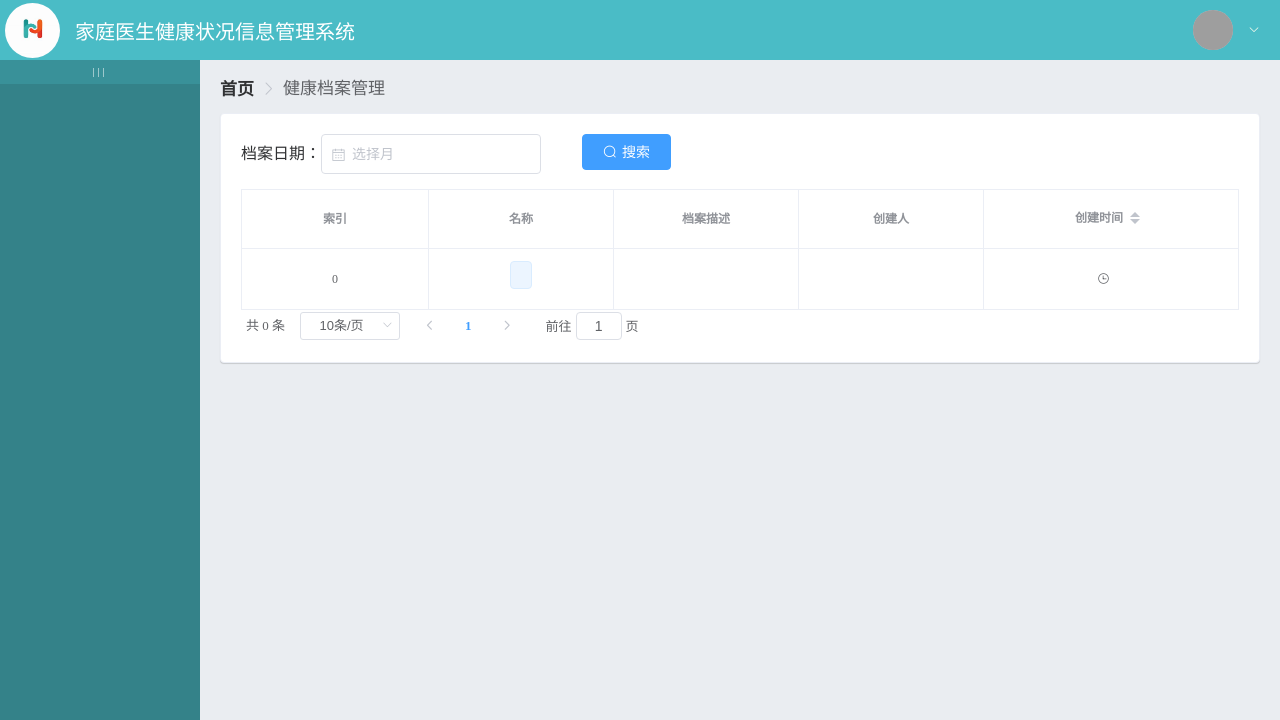
Repository: hyyBubbly/community-web-vue
Page: /#/files (app in community/)
An editor plug-in stored every save of this project. The page is shown before and after the next save, followed by the edit.
The browser window is 1280 px wide. The pictures show the whole page.
Pictures or frames that could not be fetched are drawn as grey boxes. The page's requests for data from a server got no answer. The project was rebuilt for these pictures with package versions that can differ from the ones it lists, and the page was loaded fresh each time. No one was signed in, and anything a server would have sent is missing. Also part of the build but not shown: community/vue.config.js, community/src/components/Login.vue, community/src/components/Welcome.vue, community/src/components/User/UserList.vue, community/src/components/admin/WorkerList.vue, community/src/components/community/CommunityList.vue, community/src/components/healthfiles/HealthyData.vue, community/src/components/User/OlderInfoList.vue and 13 more.

Above is the page before, as saved 2024-02-01 19:14:05.

### community/src/main.js
import Vue from 'vue'
import App from './App.vue'
import router from './router'
import './plugins/element.js'
import './assets/css/global.css'
import md5 from 'md5.js'
//引入iconfont
import './assets/font/iconfont.css'
// 导入axios
import axios from 'axios'
import moment from "moment"
import echarts from 'echarts'
Vue.prototype.$echarts = echarts
//时间转化
Vue.prototype.$moment = moment;
// 挂载axios 到Vue的原型prototype的$http
Vue.prototype.$http = axios
// 设置请求的根路径
axios.defaults.baseURL = "http://localhost:9001"
Vue.config.productionTip = false
//md5加密
Vue.prototype.$md5 = md5;



new Vue({
  router,
  render: h => h(App)
}).$mount('#app')

### community/src/App.vue
<template>
  <div id="app">
    <router-view></router-view>
  </div>
</template>
<script>
  // export default {
  //   name: 'App',
  //   provide(){
  //     return {
  //       reload: this.reload
  //     }
  //   },
  //   data(){
  //     return {
  //       isRouterAlive: true
  //     }
  //   },
  //   methods:{
  //     reload() {
  //       this.isRouterAlive = false;
  //       this.$nextTick(function (){
  //         this.isRouterAlive = true
  //       })
  //     }
  //   }
  // }
</script>
<style>

</style>

### community/src/router/index.js
import Vue from 'vue'
import VueRouter from 'vue-router'
import Login from '../components/Login.vue'
import Home from '../components/Home.vue'
import Welcome from "../components/Welcome.vue"
import UserList from "../components/User/UserList.vue"
import WorkerList from "@/components/admin/WorkerList"
import CommunityList from "@/components/community/CommunityList"
import HealthyData from "@/components/healthfiles/HealthyData"
import Healthiness from "@/components/healthfiles/Healthiness";
import OlderInfoList from "@/components/User/OlderInfoList";
import HealthyInfo from "@/components/healthfiles/HealthyInfo";
import Knowledge from "../components/knowledge/Knowledge.vue";
import ActiveList from "@/components/active/ActiveList";
import medical from "@/components/mutualAid/medical";
import Purchasing from "@/components/mutualAid/Purchasing";
import repast from "@/components/mutualAid/repast";
import Pharmacy from "@/components/mutualAid/Pharmacy/Pharmacy";
import PharmacyInfo from "@/components/mutualAid/Pharmacy/PharmacyInfo";
import Appointment from "@/components/mutualAid/Pharmacy/Appointment";
import ShoppingMall from "@/components/mutualAid/shoppingMall";
import foodBusiness from "@/components/mutualAid/Food/foodBusiness";
import Personal from "@/components/Personal";
Vue.use(VueRouter)

const routes = [
  {
    path:"/",
    redirect:'/login',
  },
  {
    path:"/login",
    component: Login,

  },
  {
    path:"/home",
    component:Home,
    redirect: "/welcome",
    children:[
      {
        path:"/welcome",
        component: Welcome,
      },
      {
        path:"/user",
        component: UserList,
      },
      {
        path:"/worker",
        component: WorkerList,
      },
      {
        path:"/older",
        component: OlderInfoList,
      },
      {
        path:"/community",
        component: CommunityList,
      },
      {
        path:"/healthyData",
        component: HealthyData,
      },
      {
        path:"/files",
        component: Healthiness,
      },
      {
        path:"/healthyInfo",
        component: HealthyInfo,
      },
	  {
        path:"/knowledge",
        component: Knowledge,
	  },
      {
        path:"/active",
        component: ActiveList,
      },
      {
        path:"/medicine",
        component: medical,
      },
      {
        path:"/shop",
        component: Purchasing,
      },
      {
        path:"/food",
        component: repast,
      },
      {
        path:"/pharmacy",
        component: Pharmacy,
      },
      {
        path:"/pharmacyInfo",
        component: PharmacyInfo,
      },
      {
        path:"/appointment",
        component: Appointment,
      },
      {
        path:"/shoppingMall",
        component: ShoppingMall,
      },
      {
        path: "/foodBusiness",
        component: foodBusiness,
      },
      {
        path:"/personal",
        component: Personal,
      }
    ]
  },
]


const router = new VueRouter({
  routes
})

// router.beforeEach((to,from,next)=>{
//   const role = window.sessionStorage.getItem("roleId")
//   if(to.meta.isLogin){ //判断页面是否需要登录才可操作
//       if(to.meta.roles.includes(role)){//判断登录用户的权限是否满足meta对象中的roles的要求
//         next()
//       }else {
//         alert('您没有权限进入页面！')
//         this.router.push('/login')
//       }
//     }else {
//       alert('请登录之后再操作！')
//       this.router.push('/login')
//     }
// })


//出现问题时使用
const originalPush = VueRouter.prototype.push
VueRouter.prototype.push = function push(location, onResolve,onReject){
  if(onResolve || onReject) return originalPush.call(this,location,onResolve,onReject)
  return originalPush.call(this,location).catch(err => err)
}

export default router

### community/src/assets/css/global.css
/* 全局样式 */
HTML,body,#app{
	height: 100%;
	margin: 0;
	padding: 0;
}
/* 卡片区域  !important 提高样式级别*/
.el-card{
	box-shadow: 0 1px 1px rgba(0,8,10,0.15) !important;
}

/*表格样式*/
.el-table{
	margin-top: 15px;
	font-size: 12px;
	min-width: 350px;
}

### community/src/assets/font/iconfont.css
@font-face {
  font-family: "iconfont"; /* Project id 3270408 */
  src: url('iconfont.woff2?t=1652753196788') format('woff2'),
       url('iconfont.woff?t=1652753196788') format('woff'),
       url('iconfont.ttf?t=1652753196788') format('truetype');
}

.iconfont {
  font-family: "iconfont" !important;
  font-size: 16px;
  font-style: normal;
  -webkit-font-smoothing: antialiased;
  -moz-osx-font-smoothing: grayscale;
}

.icon-huoyuedu:before {
  content: "\e607";
}

.icon-xiaoqushu:before {
  content: "\e6df";
}

.icon-fangwenliang:before {
  content: "\e646";
}

.icon-duzheliuyan:before {
  content: "\e604";
}

.icon-hudongshequ:before {
  content: "\e62f";
}

.icon-huoyueshu:before {
  content: "\e702";
}

.icon-community:before {
  content: "\e61c";
}

.icon-shujujiance:before {
  content: "\e683";
}

.icon-huzhu:before {
  content: "\e778";
}

.icon-denglu:before {
  content: "\e603";
}

.icon-mima:before {
  content: "\e65c";
}

.icon-gouwuche:before {
  content: "\e600";
}

.icon-2jiankangzhishi:before {
  content: "\e622";
}

.icon-huodong:before {
  content: "\e630";
}

.icon-canyinguanli:before {
  content: "\e624";
}

.icon-huodong1:before {
  content: "\e870";
}

.icon-jiankangdanganx:before {
  content: "\e60d";
}

.icon-yiliaohuzhu:before {
  content: "\e686";
}

.icon-yonghu:before {
  content: "\e633";
}

.icon-guanliyuan:before {
  content: "\e62a";
}

.icon-guanliyuan1:before {
  content: "\e681";
}

.icon-menu_lrkh:before {
  content: "\e656";
}

.icon-shequ:before {
  content: "\e663";
}

### community/src/components/Home.vue
<template>
  <!-- 引入布局 -->
  <el-container class="home-container" v-loading="loading">
    <!-- 头部 -->
    <el-header>
      <div class="clickPop">
        <img src="../assets/sportlogo.jpg" alt />
        <span class="span-font">家庭医生健康状况信息管理系统</span>
      </div>
      <el-dropdown class="clickPop">
        <el-avatar src="https://cube.elemecdn.com/0/88/03b0d39583f48206768a7534e55bcpng.png"
          style="margin-right: 10px"></el-avatar>
        <span class="el-dropdown-link">
          {{ getUsername() }}<i class="el-icon-arrow-down el-icon--right"></i>
        </span>
        <el-dropdown-menu slot="dropdown">
          <el-dropdown-item><span @click="Main">首页</span></el-dropdown-item>
          <!--            <el-dropdown-item><el-badge :value="12"><span @click="">购物车</span></el-badge></el-dropdown-item>-->
          <el-dropdown-item><span @click="$router.push({ path: '/personal' })">个人中心</span></el-dropdown-item>
          <el-dropdown-item><span type="info" @click="quit">安全退出</span></el-dropdown-item>
        </el-dropdown-menu>
      </el-dropdown>

    </el-header>
    <!-- 主体 -->
    <el-container>
      <!-- 侧边栏 -->
      <el-aside :width="width">
        <el-menu background-color="#46afb9" text-color="#fff" active-text-color="#889fa0" unique-opened
          :collapse="isCollapse" :collapse-transition="false" :router="true" :default-active="activePath">
          <div class="toggle-button" @click="toggleCollapase">|||</div>
          <!-- 一级菜单 -->
          <el-submenu :index="item.id + ''" v-for="item in menuList" :key="item.id">
            <template slot="title">
              <i :class="iconsObject[item.id]"></i>
              <span style="margin-left: 7px">{{ item.title }}</span>
            </template>
            <!-- 二级菜单 -->
            <el-menu-item :index="it.path + ''" v-for="it in item.sList" :key="it.id" @click="saveNavState()">
              <template slot="title">
                <i :class="iconsObject[it.id]"></i>
                <span style="margin-left: 7px">{{ it.title }}</span>
              </template>
            </el-menu-item>
          </el-submenu>
        </el-menu>
      </el-aside>
      <!-- 主体内容 -->
      <el-main>
        <router-view></router-view>
      </el-main>
      <el-dialog title="用户评价" :visible.sync="isDialog" width="40%">
        <el-col :span="7" style="margin-top: 15px"><el-rate v-model="assessForm.assess" show-text></el-rate></el-col>
        <!-- 内容底部区域    -->
        <span slot="footer" class="dialog-footer">
          <el-button @click="isDialog = false">取 消</el-button>
          <el-button type="primary" @click="logout">确 认</el-button>
        </span>
      </el-dialog>
    </el-container>
  </el-container>
</template>
<script>
export default {
  data() {
    return {
      //菜单列表
      loading: true,
      width: "200px",
      menuList: [],
      isCollapse: false,
      sList: [],
      assessForm: {
        assess: ""
      },
      isPopup: false,
      isDialog: false,
      percentage: 0,
      customColors: "",
      token: "",
      editPassword: {
        id: "",
        username: "",
        oldPassword: "",
        newPassword: "",
        passwordConfirm: ""
      },
      iconsObject: {
        '100': 'iconfont icon-yonghu',
        '200': 'iconfont icon-shequ',
        '300': 'iconfont icon-jiankangdanganx',
        '400': 'iconfont icon-huzhu',
        '500': 'iconfont icon-2jiankangzhishi',
        '600': 'iconfont icon-huodong1',
        '101': 'iconfont icon-guanliyuan1',
        '102': 'iconfont icon-yonghu',
        '103': 'iconfont icon-menu_lrkh',
        '201': 'iconfont icon-shequ',
        '301': 'iconfont icon-jiankangdanganx',
        '302': 'iconfont icon-shujujiance',
        '401': 'iconfont icon-yiliaohuzhu',
        '402': 'iconfont icon-gouwuche',
        '403': 'iconfont icon-canyinguanli',
        '501': 'iconfont icon-2jiankangzhishi',
        '601': 'iconfont icon-huodong1',
      },
      activePath: "/welcome",// 默认路径
    }
  },
  // onload事件
  created() {
    //查询menuList
    this.getUsername();
    this.getMenuList();
    this.activePath = window.sessionStorage.getItem('activePath');//取出session里的path动态修改
    this.loading = false;
  },
  methods: {
    quit() {
      if (window.sessionStorage.getItem("isAssess") === "1") {
        return this.logout()
      }
      this.isDialog = true
    },
    Main() {
      this.$router.push("/welcome");
    },
    getUsername() {
      this.editPassword.id = window.sessionStorage.getItem("id");
      this.editPassword.username = window.sessionStorage.getItem("workName");
      return this.editPassword.username;
    },
    //安全退出
    async logout() {
      if (this.assessForm.assess !== '' && this.assessForm.assess !== null && this.assessForm.assess !== 0) {
        this.assessForm.workId = window.sessionStorage.getItem("id")
        this.assessForm.createName = window.sessionStorage.getItem("workName")
        this.assessForm.roleId = window.sessionStorage.getItem("roleId")
        const { data: res } = await this.$http.post("/assess/addAssess", this.assessForm)
        if (res !== "success") {
          return this.$message.error("评价失败！！！")
        }
        this.$message.success("评价成功！！！")
      }
      const confirmResult = await this.$confirm('是否确定退出？', '提示', {
        confirmButtonText: "确定",
        cancelButtonText: "取消",
        type: 'warning'
      }).catch(err => err)
      if (confirmResult !== 'confirm') {//取消
        return this.$message.info("已取消退出");
      }
      window.sessionStorage.clear();//清除session
      window.localStorage.clear();
      await this.$router.push("/login");//回到首页
    },
    //获取导航菜单
    async getMenuList() {
      let token
      if (window.sessionStorage.getItem("roleId") === '' || window.sessionStorage.getItem("roleId") === null) {
        token = this.$route.query.roleId
      } else {
        token = window.sessionStorage.getItem("roleId")
      }
      const { data: res } = await this.$http.get("menus?roleId=" + token);
      console.log(res);
      if (res.flag !== 200)
        return this.$message.error("获取列表失败!!!");//访问失败的错误信息
      this.menuList = res.menus;//返回数据
    },

    //控制伸缩
    toggleCollapase() {
      this.isCollapse = !this.isCollapse;
      if (this.isCollapse === true) {
        this.width = "64px";
      } else {
        this.width = "200px";
      }
    },
    //保存路径
    saveNavState(activePath) {
      window.sessionStorage.setItem('activePath', activePath);//存放在session里
      this.activePath = activePath;
    }
  }
}
</script>

<style lang="less" scoped>
// 全局样式
.home-container {
  height: 100%;
}

//头部样式
.el-header {
  // background-color: #373d41;
  background-color: #4abcc6;
  display: flex;
  align-items: center;
  justify-content: space-between; //左右贴边
  padding-left: 0%; //左边界
  color: #fff;
  font-size: 20px;
}

.clickPop {
  display: flex;
  align-items: center;
  cursor: pointer; //显示小手

  img {
    border-radius: 50%;
    margin: 5px;
  }
}

.span-font {
  margin-left: 10px;
  font-family: 隶书;
}

//侧边栏样式
.el-aside {
  background-color: #348289;

  .el-menu {
    border-right: none;
  }

  .el-submenu__title i,
  .el-menu-item i {
    color: #ffffff;
  }

  .el-menu-item.is-active {
    text-shadow:0 0 5px #FFFF66,1px 1px 1px #fff,-1px -1px 1px #fff,0 0 10px #FFFF99,0 0 20px #B9EB50;
  }
}

//主体样式
.el-main {
  background-color: #eaedf1;
}

img {
  width: 55px;
  height: 55px;
}

// |||按钮样式
.toggle-button {
  background-color: #399199;
  font-size: 10px;
  line-height: 24px;
  color: #fff;
  text-align: center;
  letter-spacing: 0.2rem;
  cursor: pointer; //显示小手
}

.el-dropdown-link {
  cursor: pointer;
  color: #fffdef;
}

.el-icon-arrow-down {
  font-size: 12px;
}
</style>

### community/src/components/healthfiles/Healthiness.vue
<template>
  <div>
    <el-breadcrumb separator-class="el-icon-arrow-right">
      <el-breadcrumb-item :to="{path:'/home'}">首页</el-breadcrumb-item>
      <el-breadcrumb-item>健康档案管理</el-breadcrumb-item>
    </el-breadcrumb>
    <el-card>
      <el-row :gutter="25">
        <el-col :span="8">
          <!-- <label>老人姓名：</label>
          <el-select placeholder="请选择老人" v-model="queryInfo.olderId" @click="getHealthyList"
                     clearable filterable style="width: 70%; padding-right: 10px">
            <el-option
                v-for="item in olderDrop"
                :key="item.olderId"
                :label="item.olderName"
                :value="item.olderId">
            </el-option>
          </el-select> -->
        </el-col>
        <el-col :span="8">
          <label>档案日期：</label>
          <el-date-picker
              v-model="queryInfo.time"
              type="month"
              placeholder="选择月">
          </el-date-picker>
        </el-col>
        <el-col :span="6">
          <!--        搜索按钮-->
          <el-button type="primary" icon="el-icon-search" @click="search" size="medium">搜索</el-button>
          <el-button type="primary" icon="el-icon-plus" @click="showAddForm" size="medium" v-show="this.token === '2'">添加档案</el-button>
        </el-col>
      </el-row>
      <el-table :data="healthyList" border stripe :default-sort = "{prop: 'createTime', order: 'ascending'}">
        <el-table-column label="索引" prop="id" align="center"></el-table-column><!--索引列-->
        <el-table-column label="名称" align="center">
          <template v-slot="scope">
            <div slot="reference" class="name-wrapper">
              <el-tag size="medium" @click="showHealthyInfo(scope.row.id)">{{ scope.row.olderName }}</el-tag>
            </div>
          </template>
        </el-table-column>
        <el-table-column label="档案描述" prop="files" align="center"></el-table-column>
        <el-table-column label="创建人" prop="workName" align="center"></el-table-column>
        <el-table-column label="创建时间" align="center" min-width="110px" sortable>
          <template v-slot="scope">
            <i class="el-icon-time"></i>
            <span style="margin-left: 15px">{{scope.row.createTime}}</span>
          </template>
        </el-table-column>
        <!--        自定义插槽-->
        <el-table-column label="操作" align="center" v-if="this.token === '2'">
          <template v-slot ="scope">
            <!--删除-->
            <el-button type="danger" icon="el-icon-delete" size="mini" @click="deleteHealthy(scope.row.id)">
            </el-button>
          </template>
        </el-table-column>
      </el-table>
      <!--      分页组件 @size-change每页最大变化 @current-change 当前最大变化layout功能组件-->
      <div>
        <el-pagination
            @size-change="handleSizeChange"
            @current-change = "handleCurrentChange"
            :current-page="queryInfo.pageNum"
            :page-sizes="[5,10,15,50]"
            :page-size="queryInfo.pageSize"
            layout="total,sizes,prev,pager,next,jumper"
            :total="total">
        </el-pagination>
      </div>

    </el-card>
  </div>
</template>

<script>
export default {
  name: "Healthiness",
  data() {
    return {
      queryInfo:{
		  pageNum: 1,//当前页
		  pageSize: 10,//每页最大数
		  olderId:"",
      },
      healthyList:[{
        id:0,
        olderId:"",
        olderName:"",
      }],
      total:0,
      olderDrop:[],
      token:""
    }
  },
  created() {
    this.getHealthyList();
    // this.selectOlderDrop();
  },
  methods:{

    async selectOlderDrop(){
      if(this.token === '4'){
        this.queryInfo.userId = window.sessionStorage.getItem("id")
      }else{
        this.queryInfo.userId = ''
      }
      const{data:res} = await this.$http.get("/healthy/olderDrop?userId=" + this.queryInfo.userId);
      this.olderDrop = res;
    },
    //最大数
    handleSizeChange(newSize){
      this.queryInfo.pageSize = newSize;
      this.getHealthyList();
    },
    //pageNum的触发动作
    handleCurrentChange(newPage){
      this.queryInfo.pageNum = newPage;
      this.getHealthyList();
    },

    async getHealthyList(){
      this.token = window.sessionStorage.getItem("roleId")
      if(this.token === '4'){
        this.queryInfo.userId = window.sessionStorage.getItem("id")
      }
      const{data:res} = await this.$http.get("/healthy/list",{params:this.queryInfo})
      this.healthyList = res;
      this.total = this.healthyList[0].total
      for (let i = 0; i < this.healthyList.length; i++) {
        this.healthyList[i].createTime =
            this.$moment(this.healthyList[i].createTime).format('YYYY/MM/DD')
      }
    },
    search(){
      this.queryInfo.pageNum = 1;
      if(this.queryInfo.time !== '' && this.queryInfo.time !== null){
        this.queryInfo.time = this.$moment(this.queryInfo.time).format('YYYY-MM')
      }
      this.getHealthyList()
    },
    async deleteHealthy(id){
      const confirmResult = await this.$confirm('是否确定删除？','提示',{
        confirmButtonText:"确定",
        cancelButtonText:"取消",
        type:'warning'
      }).catch(err => err)
      if(confirmResult!=='confirm'){//取消
        return this.$message.info("已取消删除");
      }
      const updateId = window.sessionStorage.getItem("id");
      const{data:res} = await this.$http.post("/healthy/deleteById?id=" + id + "&updateId=" + updateId)
      if(res !== "success"){
        return this.$message.error("删除失败！！");
      }
      this.$message.success("删除成功！！");
      await this.getHealthyList();

    },
    showHealthyInfo(id){
      this.$router.push({path:"/healthyInfo",query: { id: id ,isAdd: 'true'}})
    },
	  showAddForm(){
	  this.$router.push({path:'/healthyInfo',query:{isAdd: 'false'}})
	  }
  }
}
</script>

<style lang="less" scoped>
.el-breadcrumb{
  margin-bottom: 15px;
  font-size: 17px;
}
</style>

Loaded but not shown: community/public/index.html (common file); community/src/plugins/element.js (common file)

After the next save:
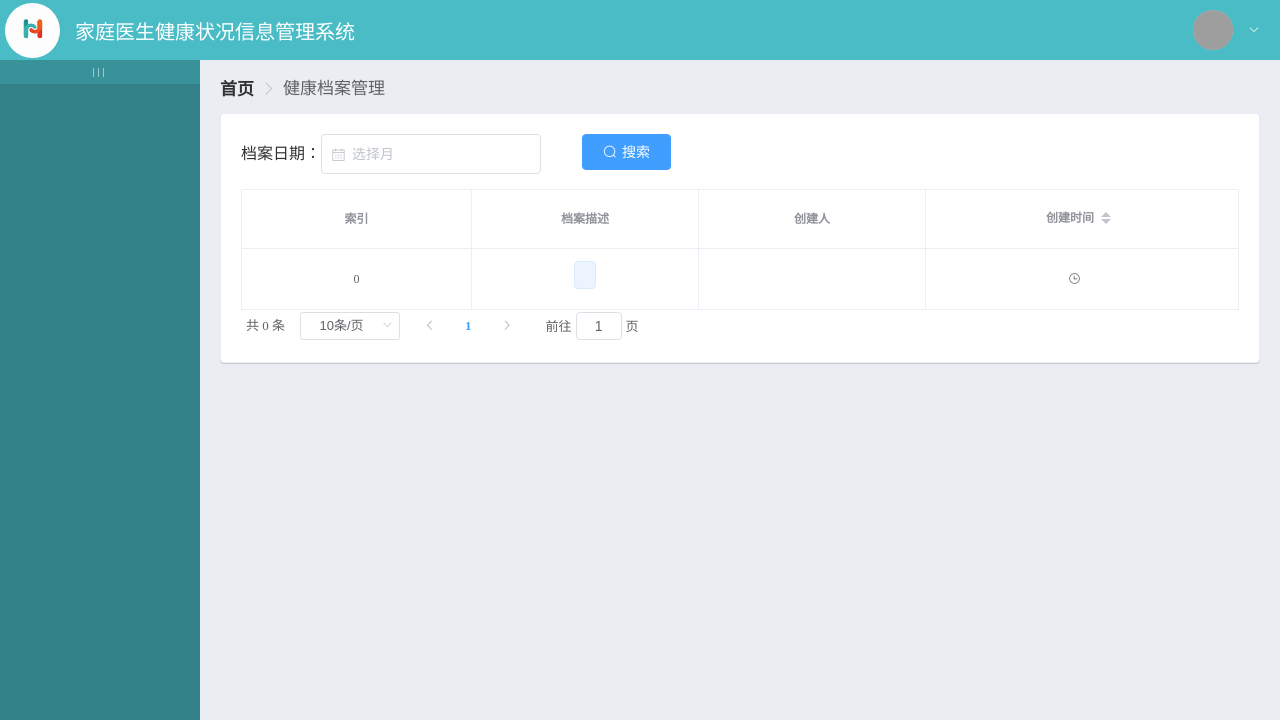
Saved 5 min 15 s later.
--- a/community/src/components/healthfiles/Healthiness.vue
+++ b/community/src/components/healthfiles/Healthiness.vue
@@ -34,14 +34,14 @@
       </el-row>
       <el-table :data="healthyList" border stripe :default-sort = "{prop: 'createTime', order: 'ascending'}">
         <el-table-column label="索引" prop="id" align="center"></el-table-column><!--索引列-->
-        <el-table-column label="名称" align="center">
+        <el-table-column label="档案描述" prop="files" align="center">
           <template v-slot="scope">
             <div slot="reference" class="name-wrapper">
               <el-tag size="medium" @click="showHealthyInfo(scope.row.id)">{{ scope.row.olderName }}</el-tag>
             </div>
           </template>
         </el-table-column>
-        <el-table-column label="档案描述" prop="files" align="center"></el-table-column>
+        <!-- <el-table-column label="档案描述" prop="files" align="center"></el-table-column> -->
         <el-table-column label="创建人" prop="workName" align="center"></el-table-column>
         <el-table-column label="创建时间" align="center" min-width="110px" sortable>
           <template v-slot="scope">
